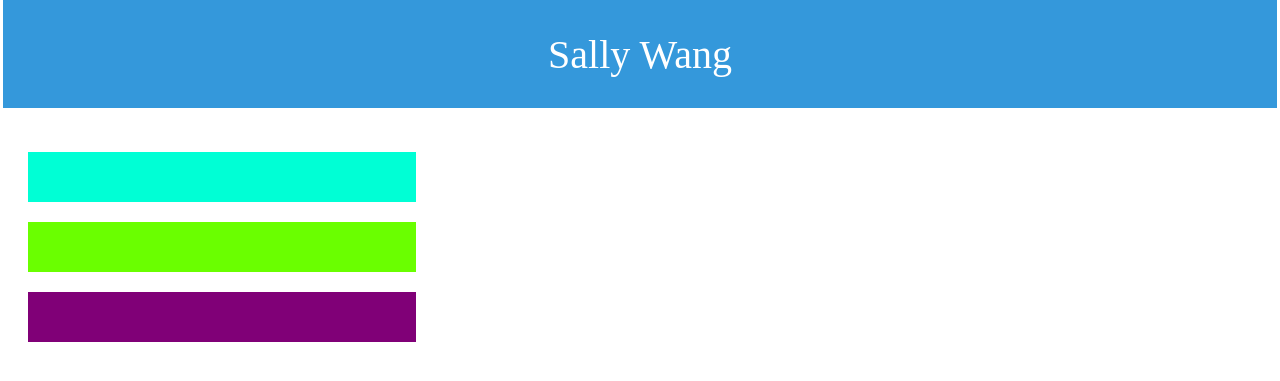
Repository: tianjiewang2022/tianjiewang2022.github.io
Page: index.html
An editor plug-in stored every save of this project. The page is shown before and after the next save, followed by the edit.
The browser window is 1280 px wide. The pictures show the whole page.

Above is the page before, as saved 2023-10-01 22:43:24.

After the next save:
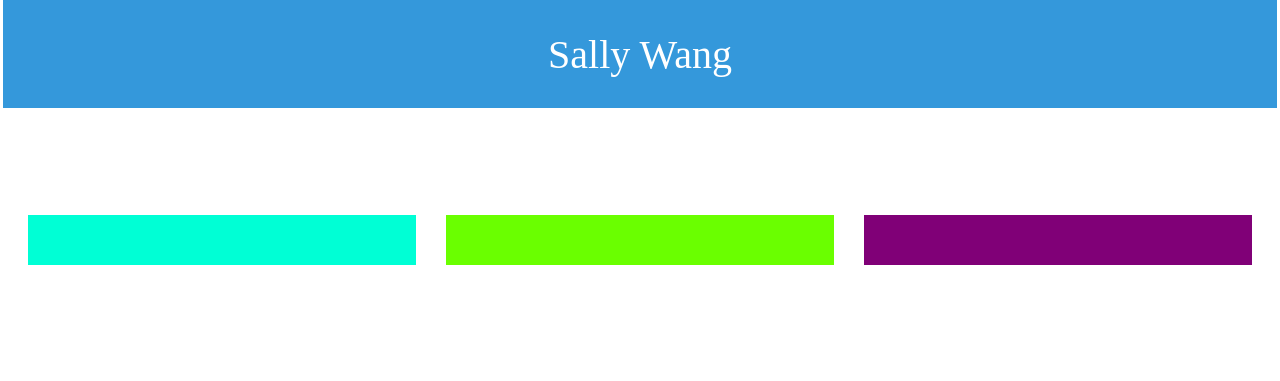
Saved 110 s later.
--- a/index.html
+++ b/index.html
@@ -29,9 +29,11 @@
             }
 
             .container {
-                margin-top: 10%;
-                /* Ensure content starts below the header */
+                margin-top: 15%;
                 padding: 10px;
+                display: flex;
+                flex-wrap: wrap;
+                justify-content: space-between;
             }
 
             .flex-container {
